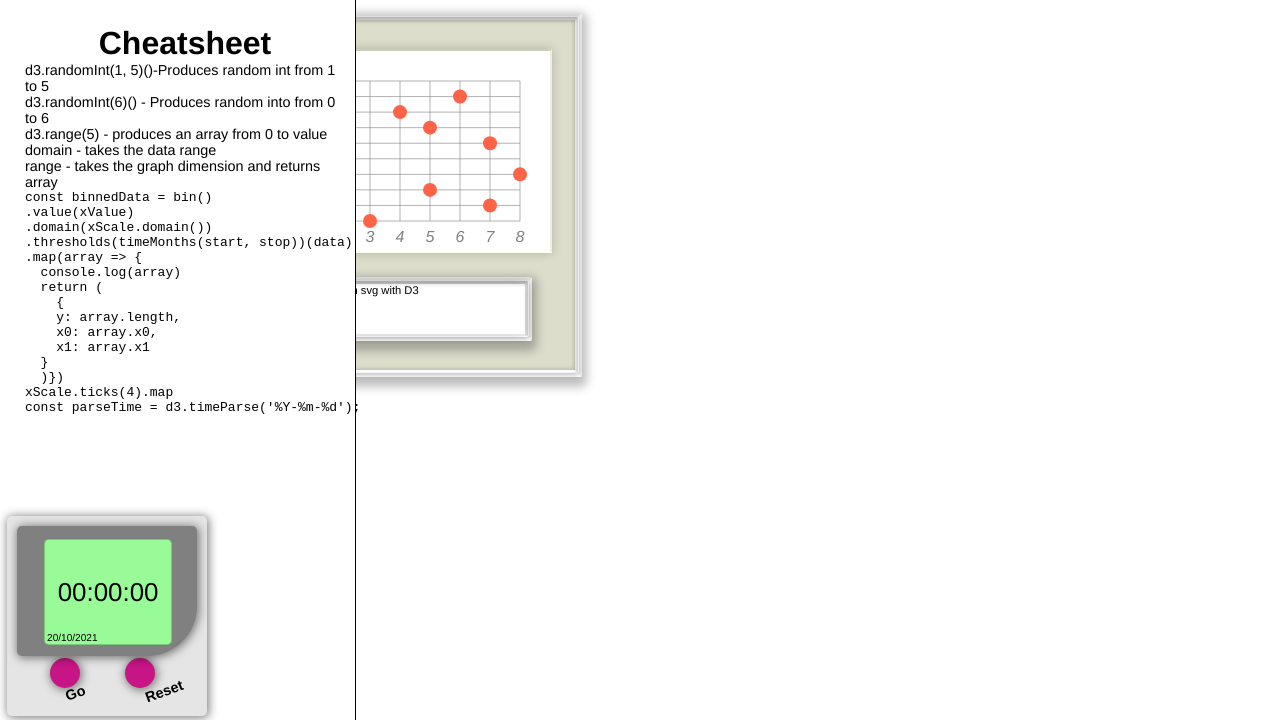
Repository: Lewisjohnward/100-days-of-d3
Page: /
These files come from the project's save history. The page is drawn as it stood at one moment and after the next save; the edit follows.
The browser window is 1280 px wide. The pictures show the whole page.
The page's requests for data from a server got no answer. An inner scrolling area shows only its first screen. The project was rebuilt for these pictures with package versions that can differ from the ones it lists, and the page was loaded fresh each time. No one was signed in, and anything a server would have sent is missing. Also part of the build but not shown: src/charts/chart2/useGetData.js, src/charts/chart2/styles.js, src/charts/chart2/Chart.js, src/charts/chart3/useGetData.js, src/charts/chart3/styles.js, src/charts/chart3/Chart.js, src/charts/chart4/useGetData.js, src/charts/chart4/styles.js and 4 more.

Above is the page before, as saved 2021-10-20 15:33:54.

After the next save:
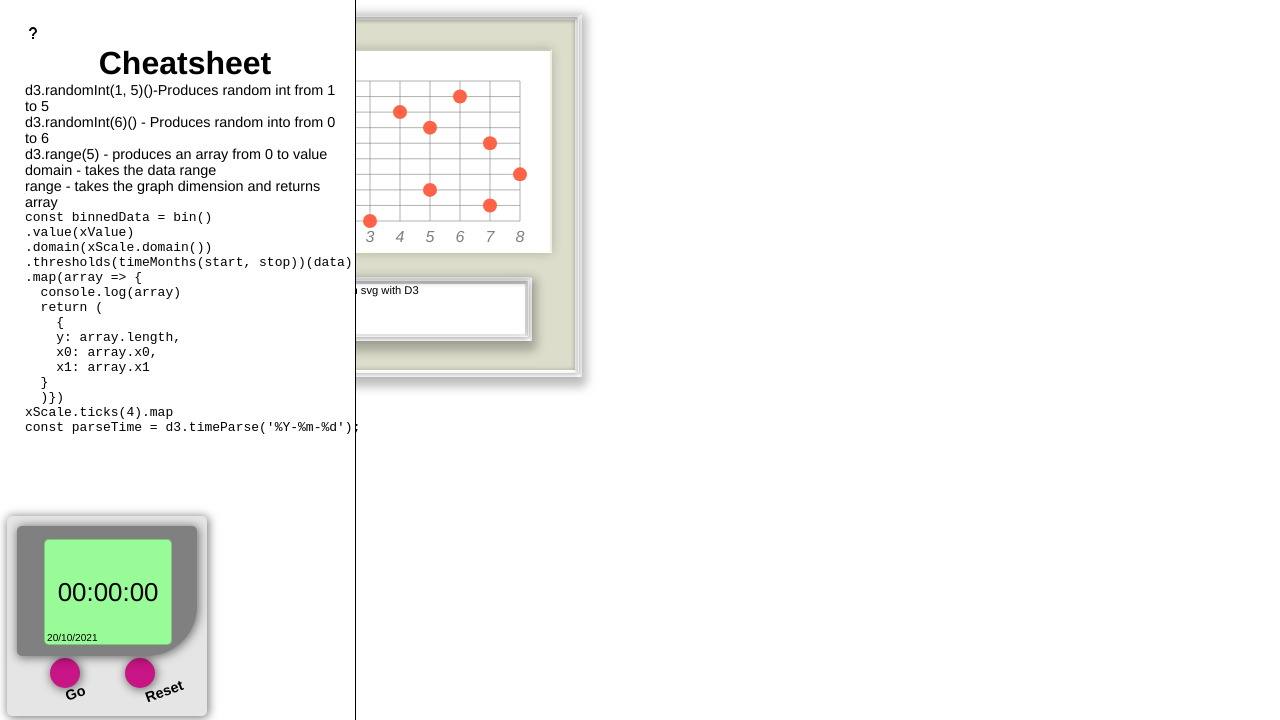
Saved 17 s later.
--- a/src/components/Navbar.js
+++ b/src/components/Navbar.js
@@ -43,7 +43,7 @@
   const [visible, setVisible] = useState(false);
   return (
     <NavContainer visible={visible}>
-
+        <Icon />
       <Title>Cheatsheet</Title>
       <p>d3.randomInt(1, 5)()-Produces random int from 1 to 5</p>
       <p>d3.randomInt(6)() - Produces random into from 0 to 6</p>

After the 2 saves that followed:
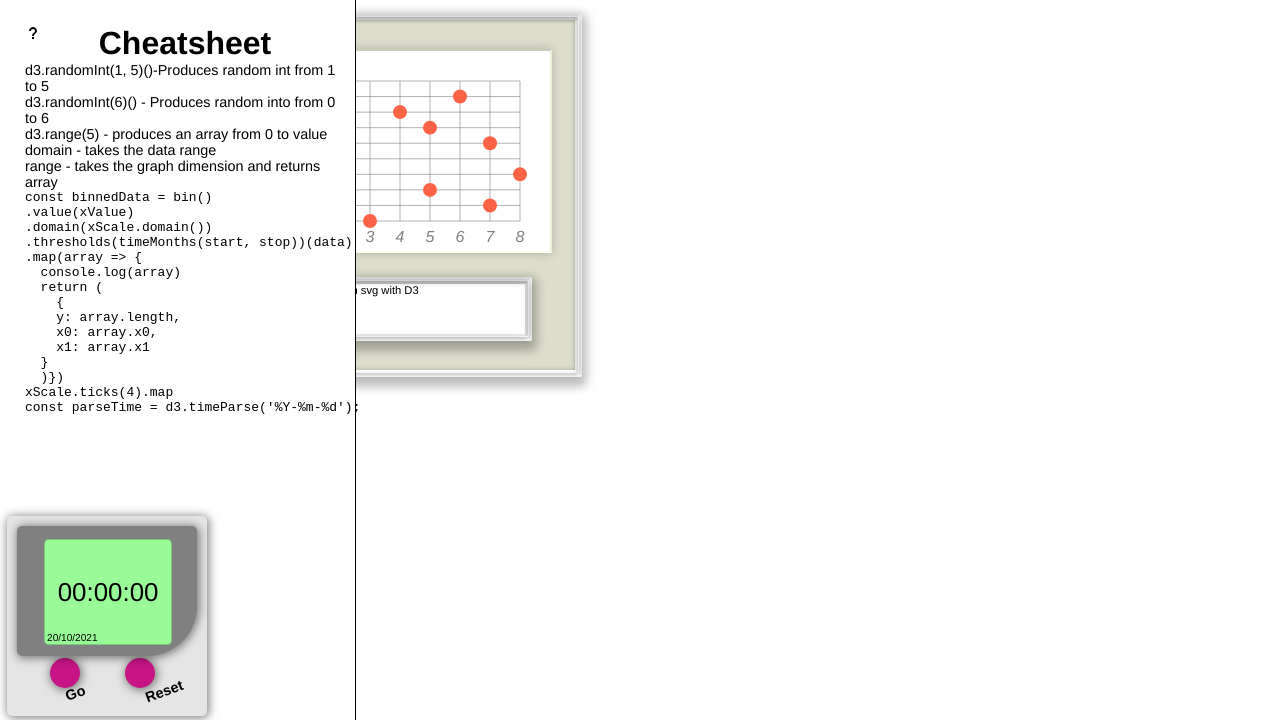
The 2 saves are shown as one change because 1 left the picture as it was.
The last was saved 23 s later.
--- a/src/components/Navbar.js
+++ b/src/components/Navbar.js
@@ -1,6 +1,6 @@
 import { useState } from "react";
 import styled from "styled-components";
-import {TimerComponent as Timer} from "./Timer"
+import { TimerComponent as Timer } from "./Timer";
 import { IoMdHelp } from "react-icons/io";
 
 const NavContainer = styled.div`
@@ -22,8 +22,8 @@
 `;
 
 const Icon = styled(IoMdHelp)`
-
-`
+    position: absolute;
+`;
 
 const code = `const binnedData = bin()
 .value(xValue)
@@ -43,7 +43,7 @@
   const [visible, setVisible] = useState(false);
   return (
     <NavContainer visible={visible}>
-        <Icon />
+      <Icon />
       <Title>Cheatsheet</Title>
       <p>d3.randomInt(1, 5)()-Produces random int from 1 to 5</p>
       <p>d3.randomInt(6)() - Produces random into from 0 to 6</p>
